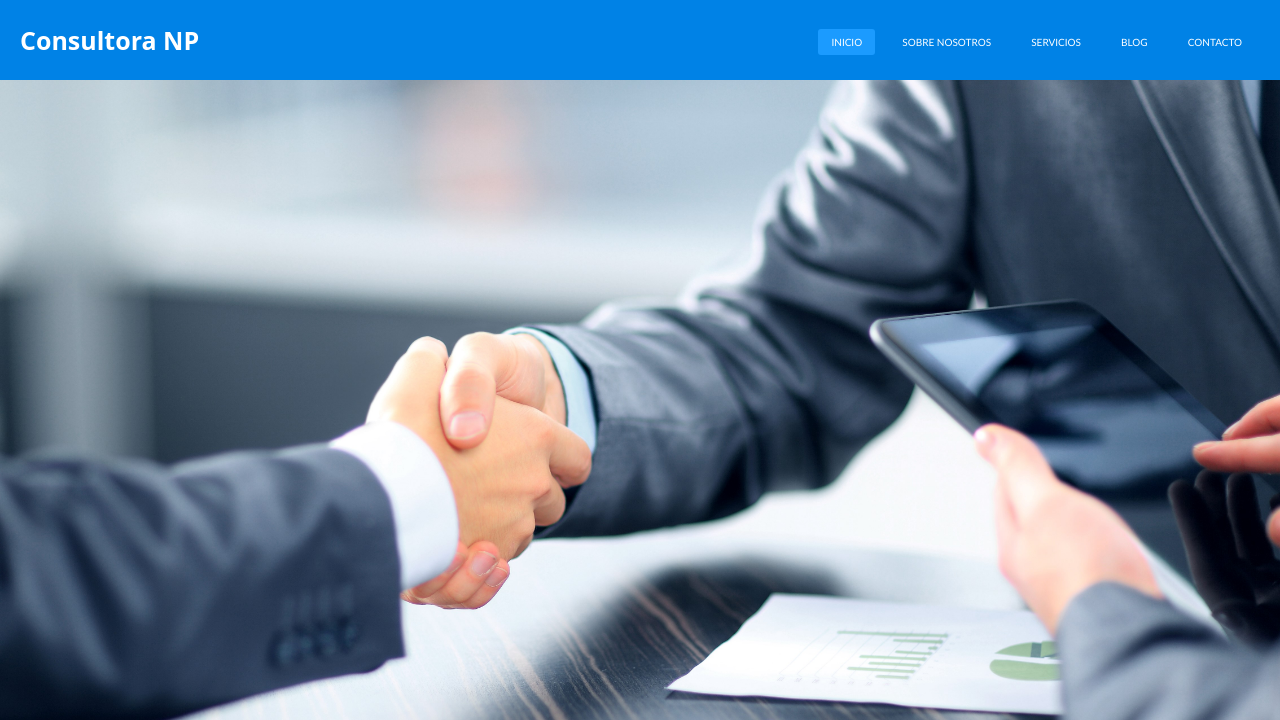
Repository: Batu120/pre-entrega2
Page: index.html
An editor plug-in stored every save of this project. The page is shown before and after the next save, followed by the edit.
The browser window is 1280 px wide. The pictures show the whole page.

Above is the page before, as saved 2022-10-29 21:18:21.

### index.html
<!DOCTYPE html>
<html lang="en" dir="ltr">
<head>
    <meta charset="UTF-8">
    <meta http-equiv="X-UA-Compatible" content="IE=edge">
    <meta name="viewport" content="width=device-width, initial-scale=1.0">
    <title>2da Pre Entrega</title>

    <!-- CSS -->
    <link rel="stylesheet" href="CSS/style.css">
    <link rel="stylesheet" href="https://cdnjs.cloudflare.com/ajax/libs/font-awesome/4.7.0/css/font-awesome.min.css">
</head>
<body>
    <nav>
        <input type="checkbox" id="check">
        <label for="check" class="checkbtn">
            <i style="font-size:24px" class="fa">&#xf0c9;</i>
        </label>
        <label class="logo">Consultora NP</label>
            <!-- Lista no ordenada -->
            <ul>
                <!-- Items / Menu -->
                <li><a class="active" href="#">Inicio</a></li>
                <li><a href="#">Sobre Nosotros</a></li>
                <li><a href="#">Servicios</a></li>
                <li><a href="#">Blog</a></li>
                <li><a href="#">Contacto</a></li>
            </ul>
    </nav>

    <section></section>

            <!-- <img clas="menu" src="IMG/menu-icon2.png" alt="menu"> -->
<!-- Enlaces -->

<!--    <main>
        <h1>CONSULTORA </h1>
    </main> -->

</body>
</html>

### CSS/style.css
body {
    font-family:'Gill Sans', 'Gill Sans MT', Calibri, 'Trebuchet MS', sans-serif;
}

/* NAV BAR - LINKS- RESPONSIVE */
* {
    padding: 0;
    margin: 0;
    text-decoration: none;
    list-style: none;
    box-sizing: border-box;
}
nav {
    background: #0082e6;
    height: 80px;
    width: 100%;
}
/*  */
.logo{
    color: white;
    font-size: 25px;
    line-height: 80px;
    padding: 20px;
    font-weight: bold;
    font-family:system-ui, -apple-system, BlinkMacSystemFont, 'Segoe UI', Roboto, Oxygen, Ubuntu, Cantarell, 'Open Sans', 'Helvetica Neue', sans-serif;
}
nav ul{
    float: right;
    margin-right: 20px;
    padding-top: 0%;
}
nav ul li{
    display: inline-block;
    line-height: 80px;
    margin: 0 5px;
}
nav ul li a{
    color: white;
    font-size: 10px;
    padding: 7px 13px;
    border-radius: 3px;
    text-transform: uppercase;
}
a.active,a:hover{
    background: #1b9bff;
    transition: .5s;
}
.checkbtn{
    font-size: 30px;
    color: white;
    float: right;
    line-height: 80px;
    margin-right: 30px;
    cursor: pointer;
    display: none;
}
#check{
    display: none;
}
/* PREUBA RESPONSIVE TEST */
/* @media (max-width: 1000px){
    label.logo {
        font-size: 25px;
        padding-left: 50px;
    }
    nav ul li a{
        font-size: 16px;
    }
} */
@media (max-width: 800px){
    .checkbtn{
        display: block;
    }
    ul{
        position: fixed;
        width: 100%;
        height: 100vh;
        background: #2c3e50;
        top: 80px;
        left: -100%;
        text-align: center;
        transition: all .5s;
    }
    nav ul li{
        display: block;
        margin: 50px 0;
        line-height: 30px;
    }
    nav ul li a {
        font-size: 20px;
    }
        a:hover,a.active{
        background:none;
        color: #0082e6;
        }
        #check:checked ~ ul{
        left: 0;
        }
    }

    section{
        background: url(/IMG/consultoria_img.jpeg) no-repeat;
        background-size: cover;
        height: calc(100vh - 80px);
    }
/* .listaNOordenada {
    display: flex;
    flex-direction: row;
    justify-content:flex-end;
    list-style: none;
}

li {
    font-size: large;
    text-transform: uppercase;
    font-family:'Gill Sans', 'Gill Sans MT', Calibri, 'Trebuchet MS', sans-serif;
    font-weight: 600;
    margin: 10px;
    padding: 5px;
    letter-spacing: 2px;
}

@media (max-width: 850px){
    .listaNOordenada {
        flex-direction: column;
    }
}
 */

After the next save:
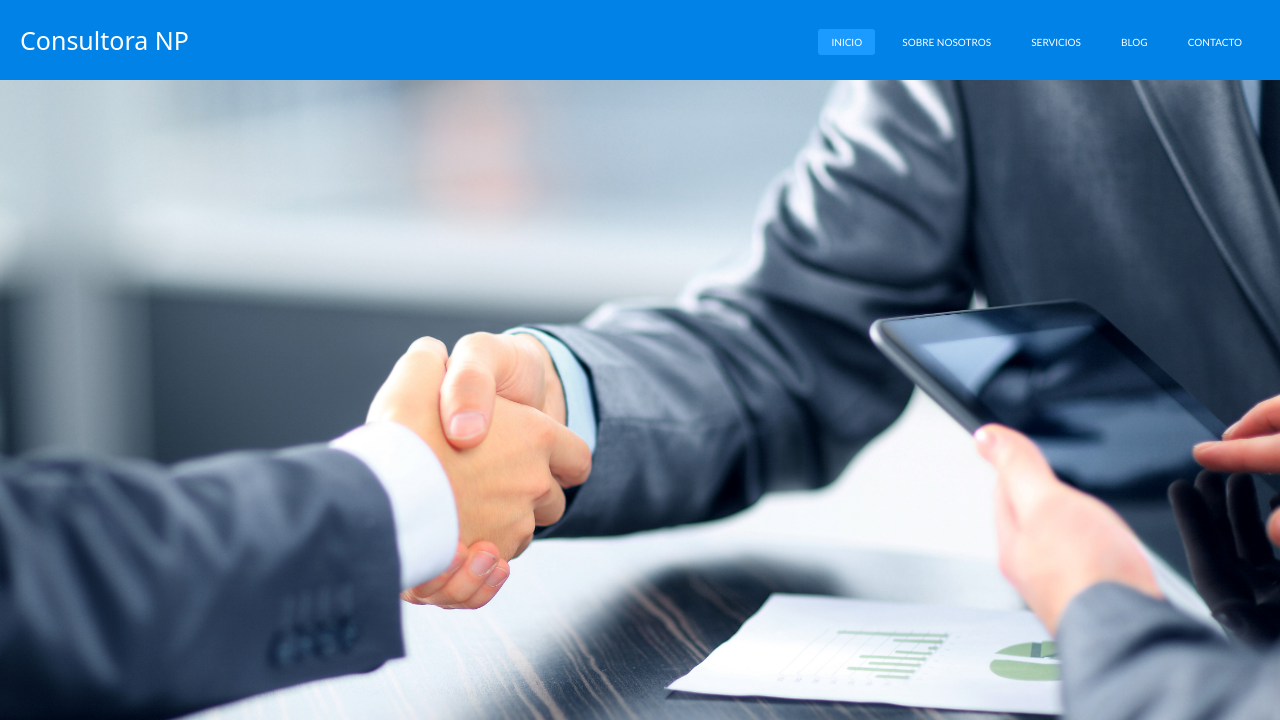
Saved 31 s later.
--- a/CSS/style.css
+++ b/CSS/style.css
@@ -21,7 +21,7 @@ nav {
     font-size: 25px;
     line-height: 80px;
     padding: 20px;
-    font-weight: bold;
+    font-weight:lighter;
     font-family:system-ui, -apple-system, BlinkMacSystemFont, 'Segoe UI', Roboto, Oxygen, Ubuntu, Cantarell, 'Open Sans', 'Helvetica Neue', sans-serif;
 }
 nav ul{
